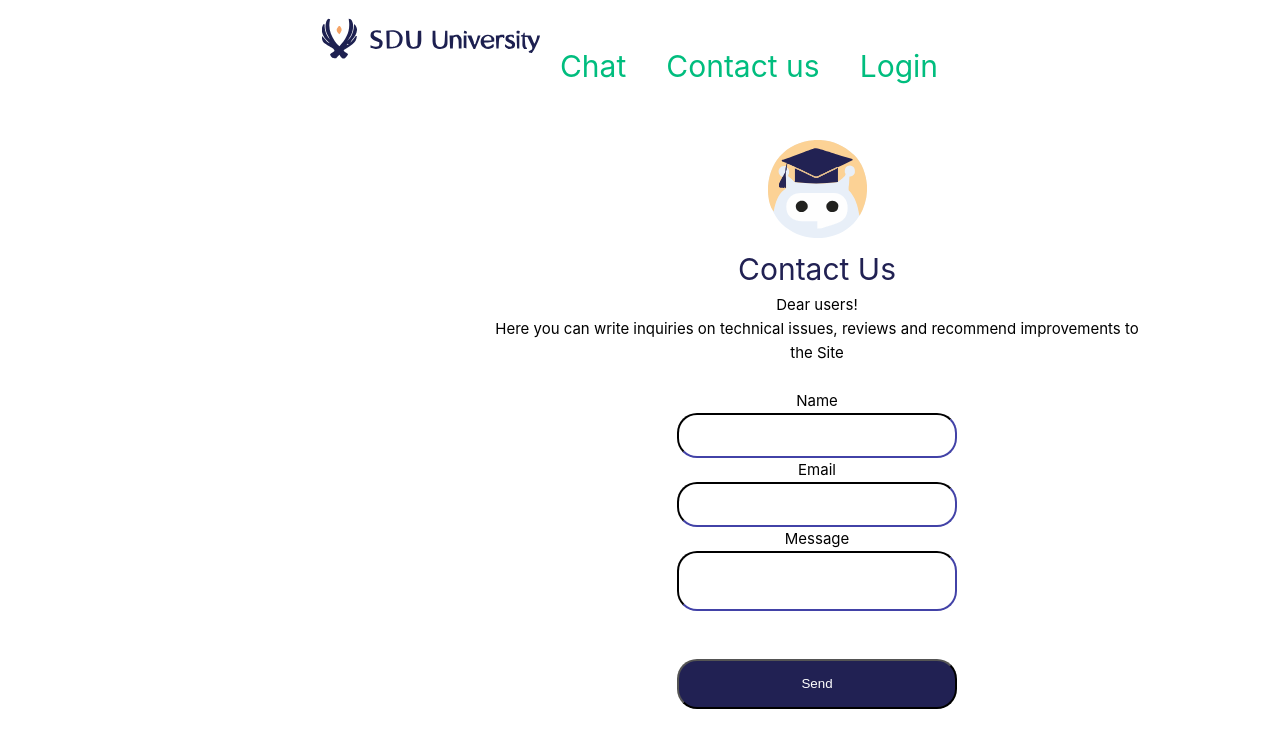
Repository: tolepbekova/Community_v.l
Page: /contact
An editor plug-in stored every save of this project. The page is shown before and after the next save, followed by the edit.
The browser window is 1280 px wide. The pictures show the whole page.
The project was rebuilt for these pictures with package versions that can differ from the ones it lists, and the page was loaded fresh each time. Also part of the build but not shown: vite.config.js, src/components/HelloWorld.vue, src/views/Login.vue. Imported but missing from the stored project, and not drawn on this page: src/views/Change.vue.

Above is the page before, as saved 2024-05-10 02:45:13.

After the next save:
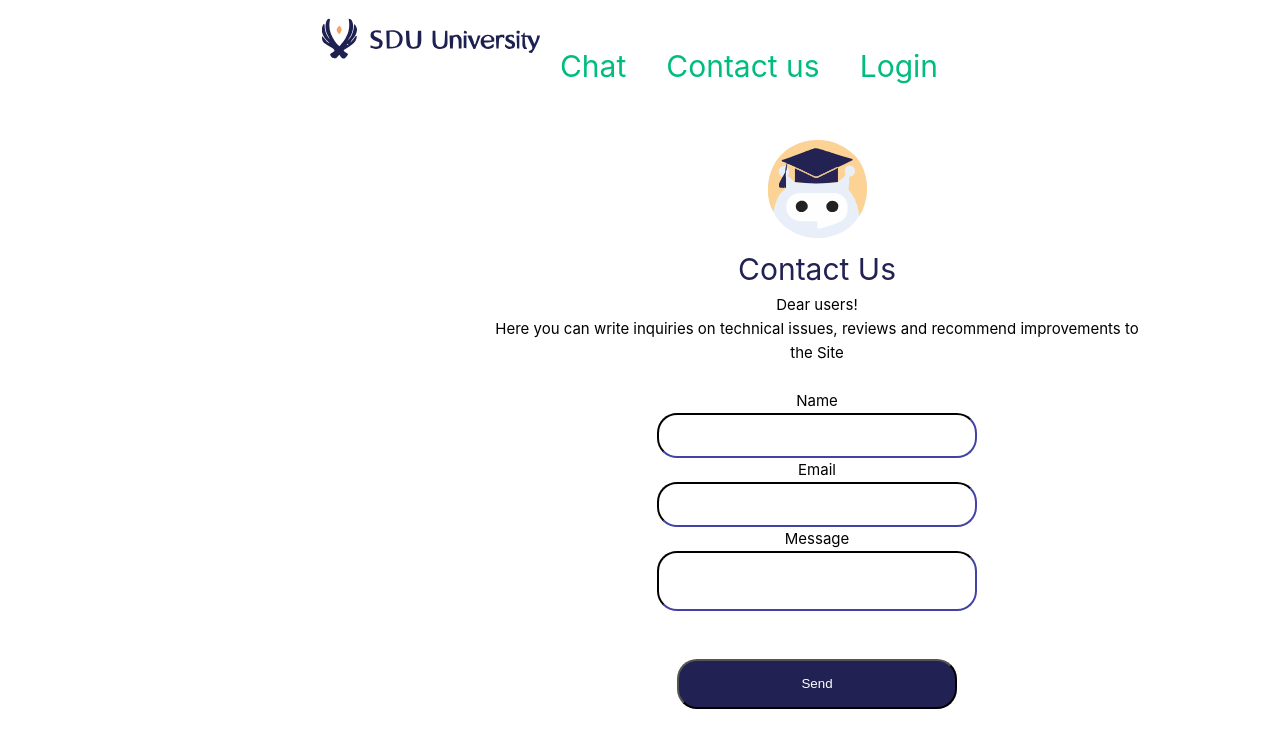
Saved 22 min 52 s later.
--- a/src/views/Contact.vue
+++ b/src/views/Contact.vue
@@ -122,7 +122,7 @@ img {
 
 input {
     border-radius: 20px;
-    width: 280px;
+    width: 320px;
     height: 45px;
     border-color: rgba(33, 33, 83, 1);
 }
